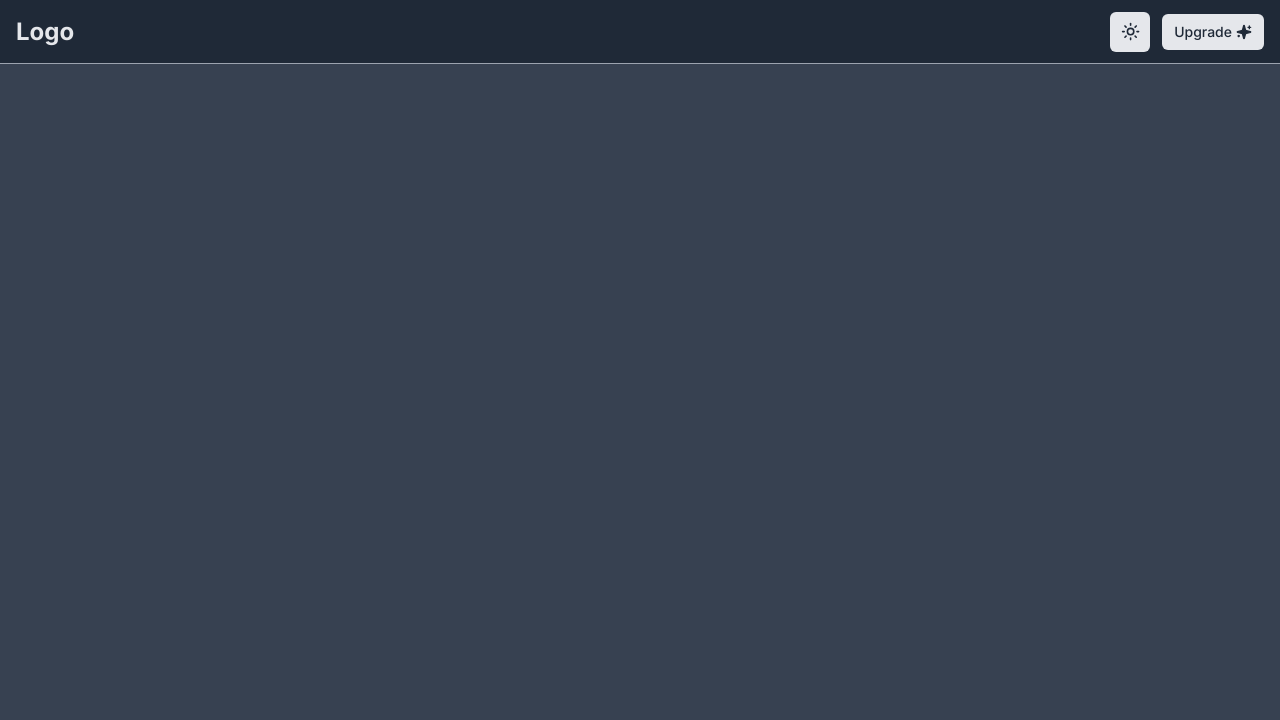
Repository: michalmilek/AI-companion-bot
Page: /
The author's editor kept a copy of each file at every save. The page is drawn from the files as they stood at one save, then again after the next save.
The browser window is 1280 px wide. The pictures show the whole page.
The page's requests for data from a server got no answer. The project was rebuilt for these pictures with package versions that can differ from the ones it lists, and the page was loaded fresh each time. Some packages were replaced by stand-ins written for this rebuild. The framework's server and built-in components were replaced by stand-ins that run in the browser. No one was signed in, and anything a server would have sent is missing. Also part of the build but not shown: next.config.js.

Above is the page before, as saved 2023-10-10 16:29:26.

After the next save:
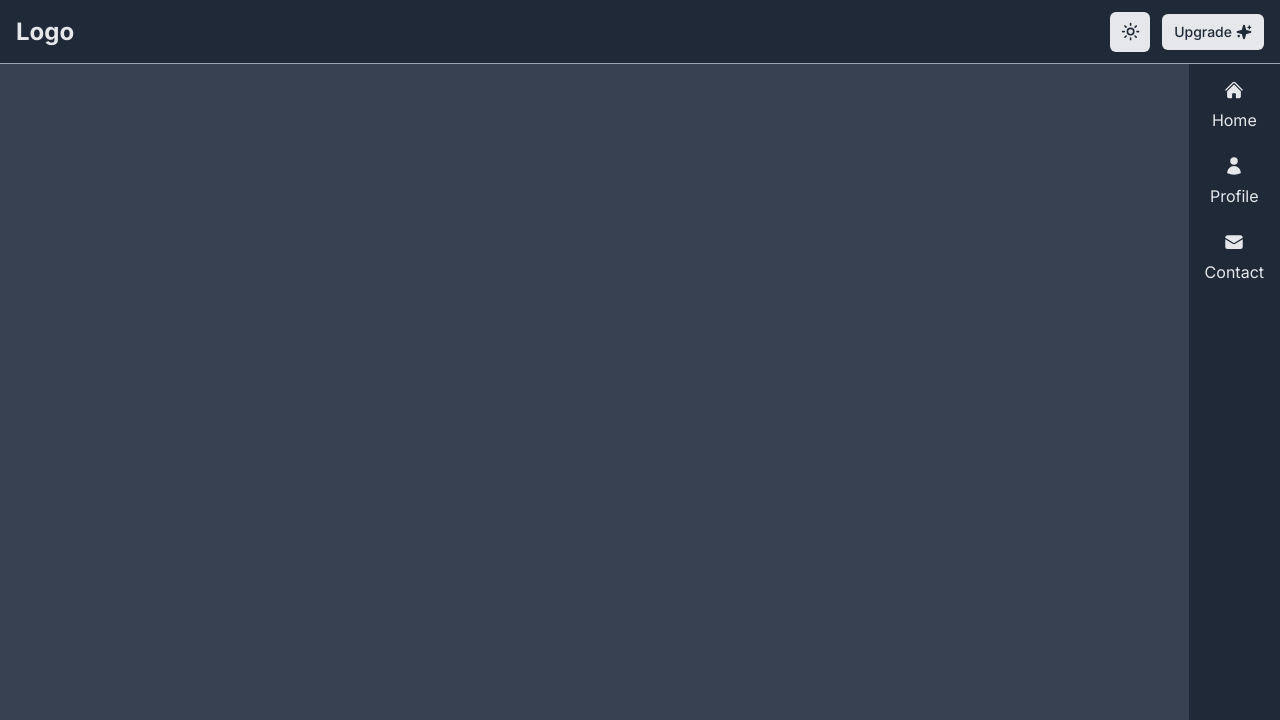
Saved 22 s later.
--- a/app/(root)/layout.tsx
+++ b/app/(root)/layout.tsx
@@ -29,7 +29,8 @@
         theme === "light" && "bg-gray-400"
       )} `}>
       <Navbar />
-      {isMobileMenuOpen && !isTabletOrLarger && <MobileSidebar />}
+      {/* {isMobileMenuOpen && !isTabletOrLarger && <MobileSidebar />} */}
+      <MobileSidebar />
       <main className="md:pl-20 pt-16 h-full">{children}</main>
     </div>
   );

After the save that followed:
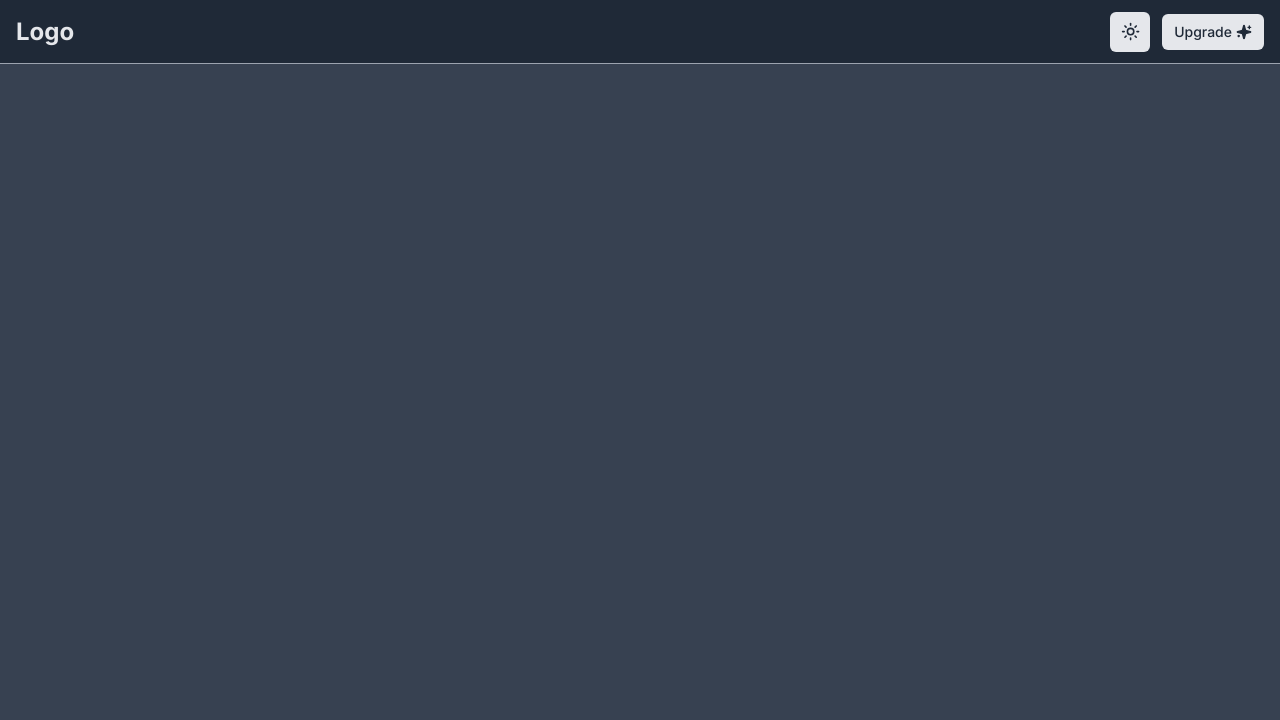
Saved 14 s later.
--- a/app/(root)/layout.tsx
+++ b/app/(root)/layout.tsx
@@ -30,7 +30,7 @@
       )} `}>
       <Navbar />
       {/* {isMobileMenuOpen && !isTabletOrLarger && <MobileSidebar />} */}
-      <MobileSidebar />
+      {isMobileMenuOpen && <MobileSidebar />}
       <main className="md:pl-20 pt-16 h-full">{children}</main>
     </div>
   );
